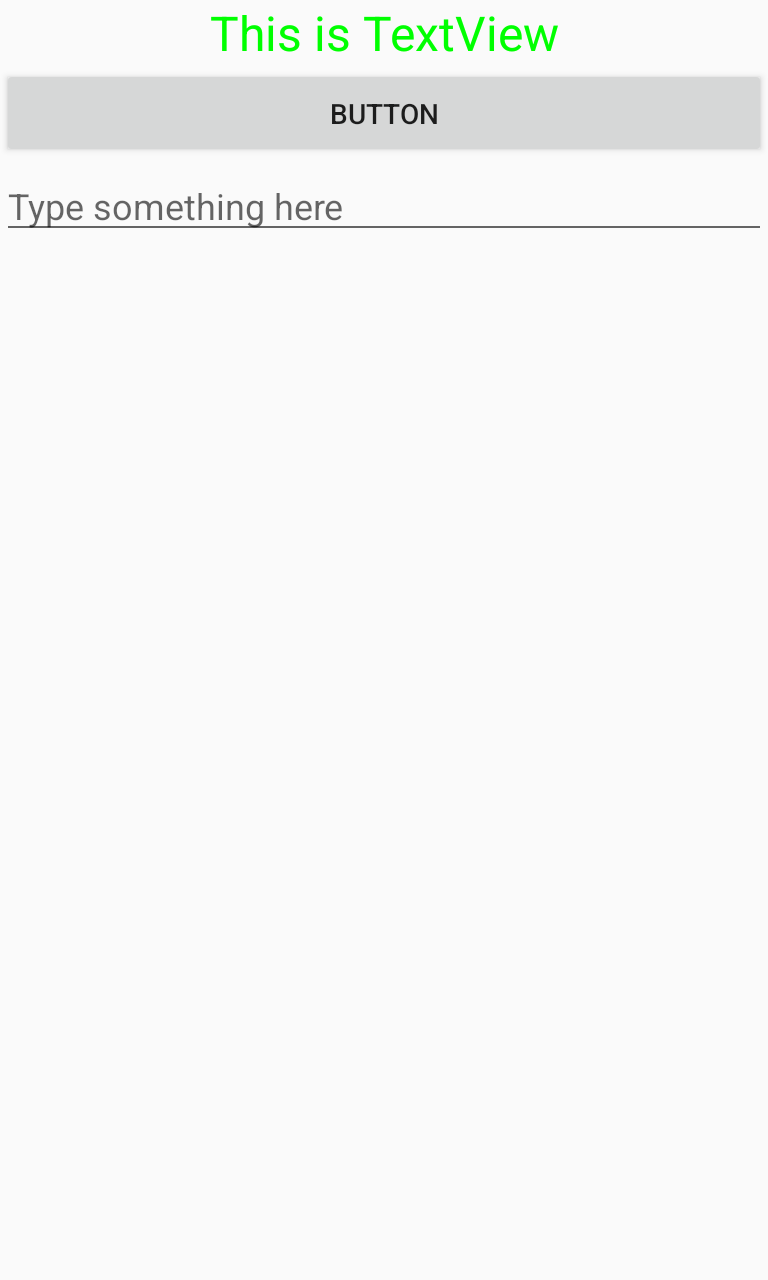
Repository: hohoTT/Android_summarize
Layout: UIWidgeTest/res/layout/activity_main.xml
These files come from the project's save history. The layout is drawn as it stood at one moment and after the next save; the edit follows.
It is drawn on a 768 x 1280 px phone screen (xhdpi) without system bars, with theme AppTheme; the app's code is not run.

Above is the layout before, as saved 2016-02-23 08:57:54.

After the next save:
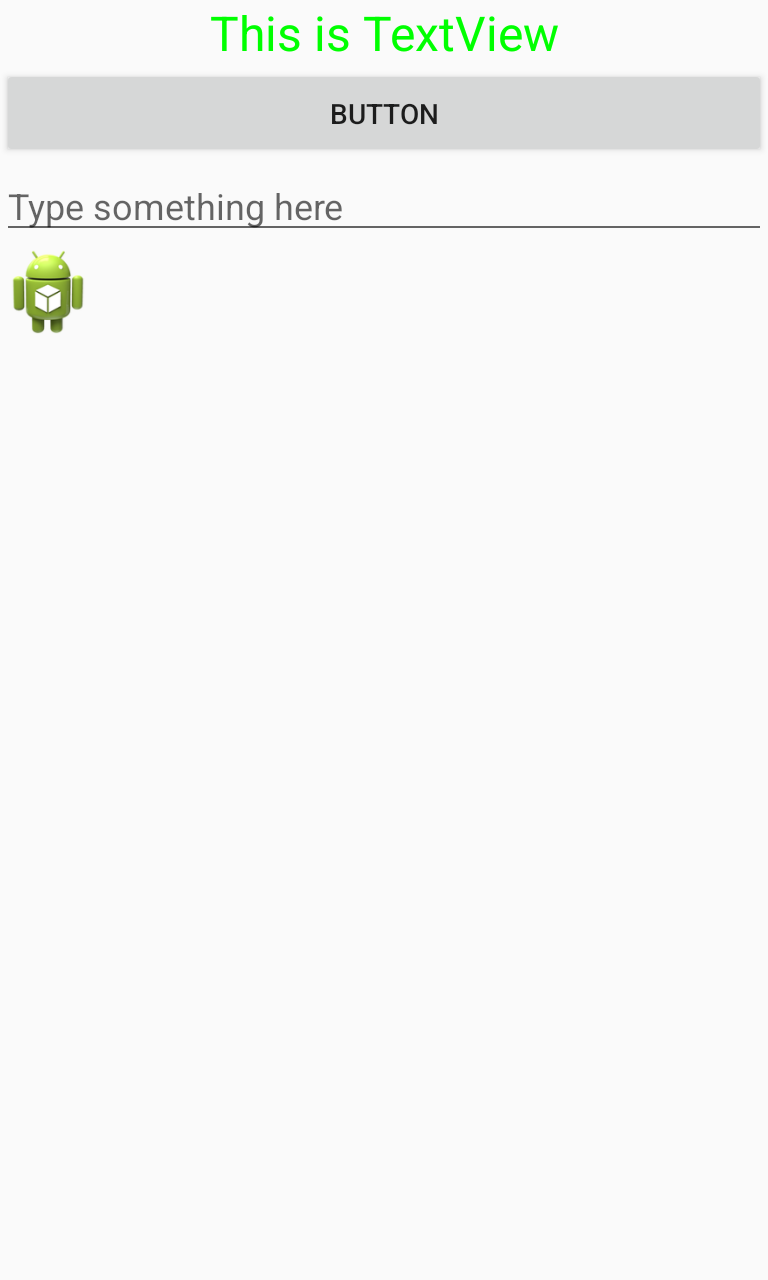
Saved 19 s later.
--- a/UIWidgeTest/res/layout/activity_main.xml
+++ b/UIWidgeTest/res/layout/activity_main.xml
@@ -29,6 +29,6 @@
         android:id="@+id/image_view"
         android:layout_width="wrap_content"
         android:layout_height="wrap_content"
-         />
+        android:src="@drawable/ic_launcher" />
 
 </LinearLayout>
